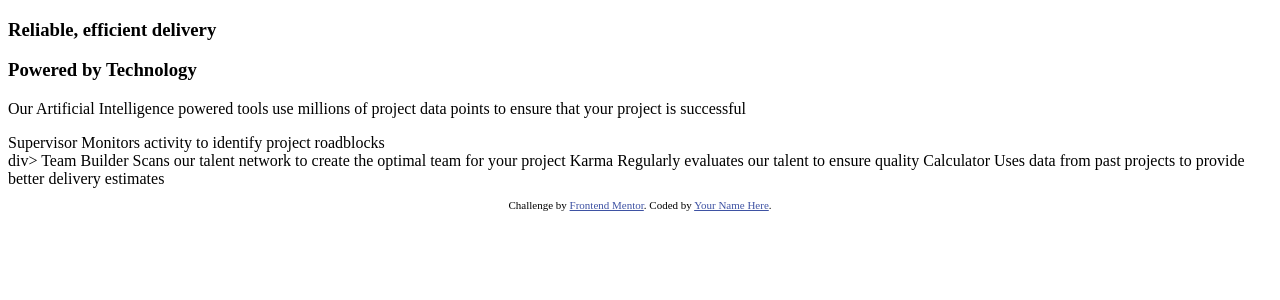
Repository: AngelaMwelu/four-card-page
Page: index.html
These files come from the project's save history. The page is drawn as it stood at one moment and after the next save; the edit follows.
The browser window is 1280 px wide. The pictures show the whole page.

Above is the page before, as saved 2025-05-14 09:56:48.

### index.html
<!DOCTYPE html>
<html lang="en">
<head>
  <meta charset="UTF-8">
  <meta name="viewport" content="width=device-width, initial-scale=1.0"> <!-- displays site properly based on user's device -->

  <link rel="icon" type="image/png" sizes="32x32" href="./images/favicon-32x32.png">

  <title>Frontend Mentor | Four card feature section</title>

  <!-- Feel free to remove these styles or customise in your own stylesheet 👍 -->
  <style>
    .attribution { font-size: 11px; text-align: center; }
    .attribution a { color: hsl(228, 45%, 44%); }
  </style>
</head>
<body>
  <div class="Card">
    <div class="about">
      <h3>Reliable, efficient delivery</h3>
      <h3>Powered by Technology</h3>

      <p>Our Artificial Intelligence powered tools use millions of project data points
       to ensure that your project is successful</p>
    </div>
    <div class="Supervisor">
      Supervisor
  Monitors activity to identify project roadblocks
    </div>div>
  Team Builder
  Scans our talent network to create the optimal team for your project

  Karma
  Regularly evaluates our talent to ensure quality

  Calculator
  Uses data from past projects to provide better delivery estimates
  </div>

  <footer>
    <p class="attribution">
      Challenge by <a href="https://www.frontendmentor.io?ref=challenge" target="_blank">Frontend Mentor</a>.
      Coded by <a href="#">Your Name Here</a>.
    </p>
  </footer>
</body>
</html>

After the next save:
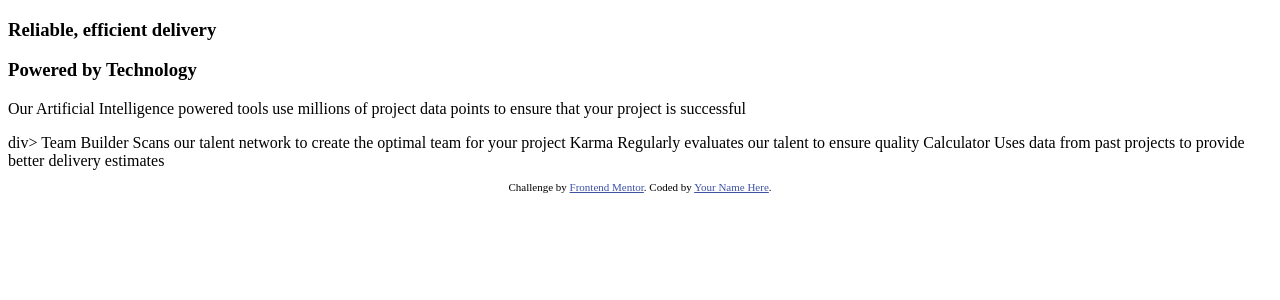
Saved 8 s later.
--- a/index.html
+++ b/index.html
@@ -24,7 +24,7 @@
        to ensure that your project is successful</p>
     </div>
     <div class="Supervisor">
-      Supervisor
+      <h4Supervisor
   Monitors activity to identify project roadblocks
     </div>div>
   Team Builder
